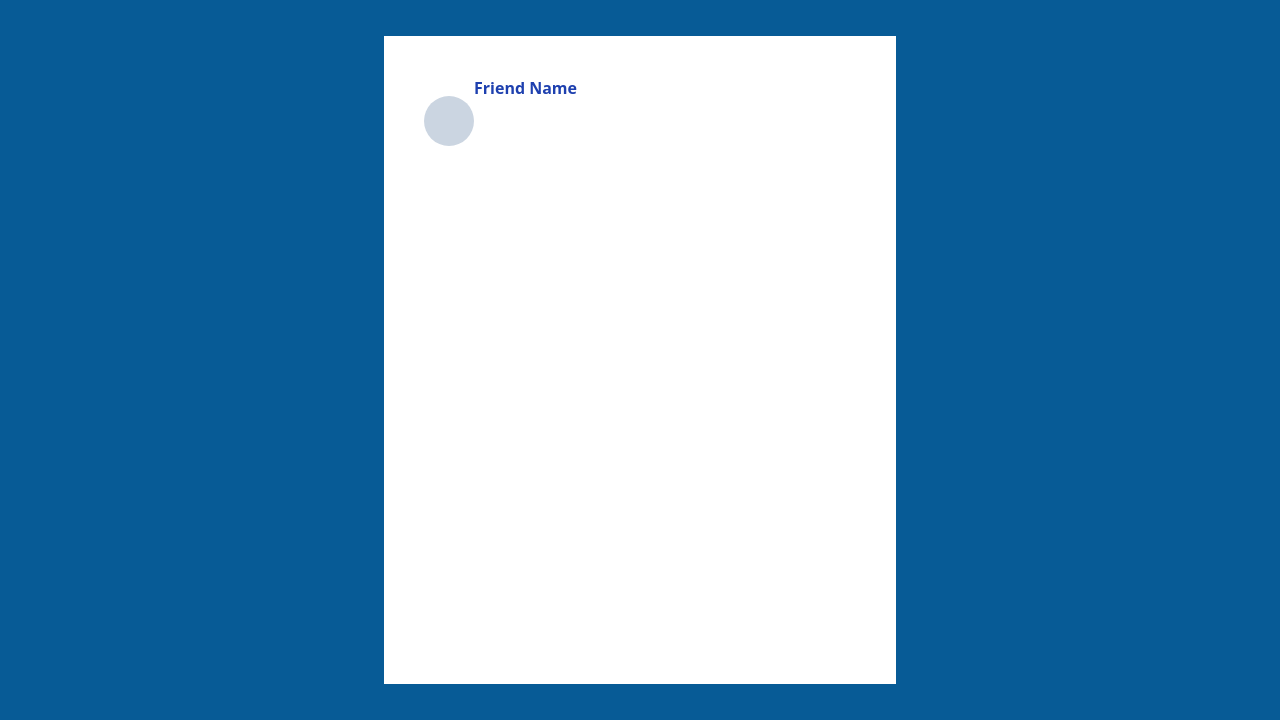
Repository: Sarah7223/internet-programming-tp
Page: TP2/TP02.1.html
The author's editor kept a copy of each file at every save. The page is drawn from the files as they stood at one save, then again after the next save.
The browser window is 1280 px wide. The pictures show the whole page.
Some web libraries are served in a nearby version.

Above is the page before, as saved 2023-01-12 22:51:44.

After the next save:
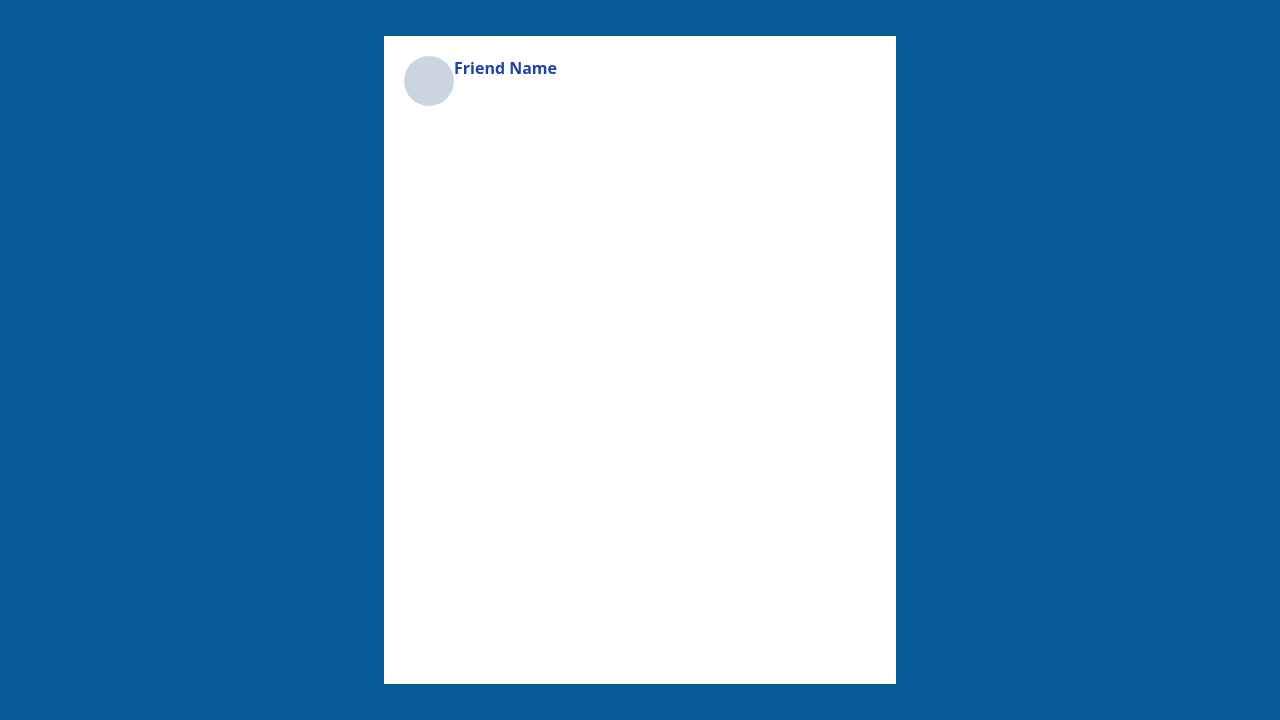
Saved 10 s later.
--- a/TP2/TP02.1.html
+++ b/TP2/TP02.1.html
@@ -21,16 +21,14 @@
                 }
                 .firstLine{
                     display: flex;
-
-                    margin-top: 40px;
+                    margin-top: 20px;
                     margin-left: 20px;
                 }
                 .circle{
                     display: flex;
                     width: 50px;
                     height: 50px;
-                    margin-top: 20px;
-                    margin-left: 20px;
+
                 }
 
         </style>
